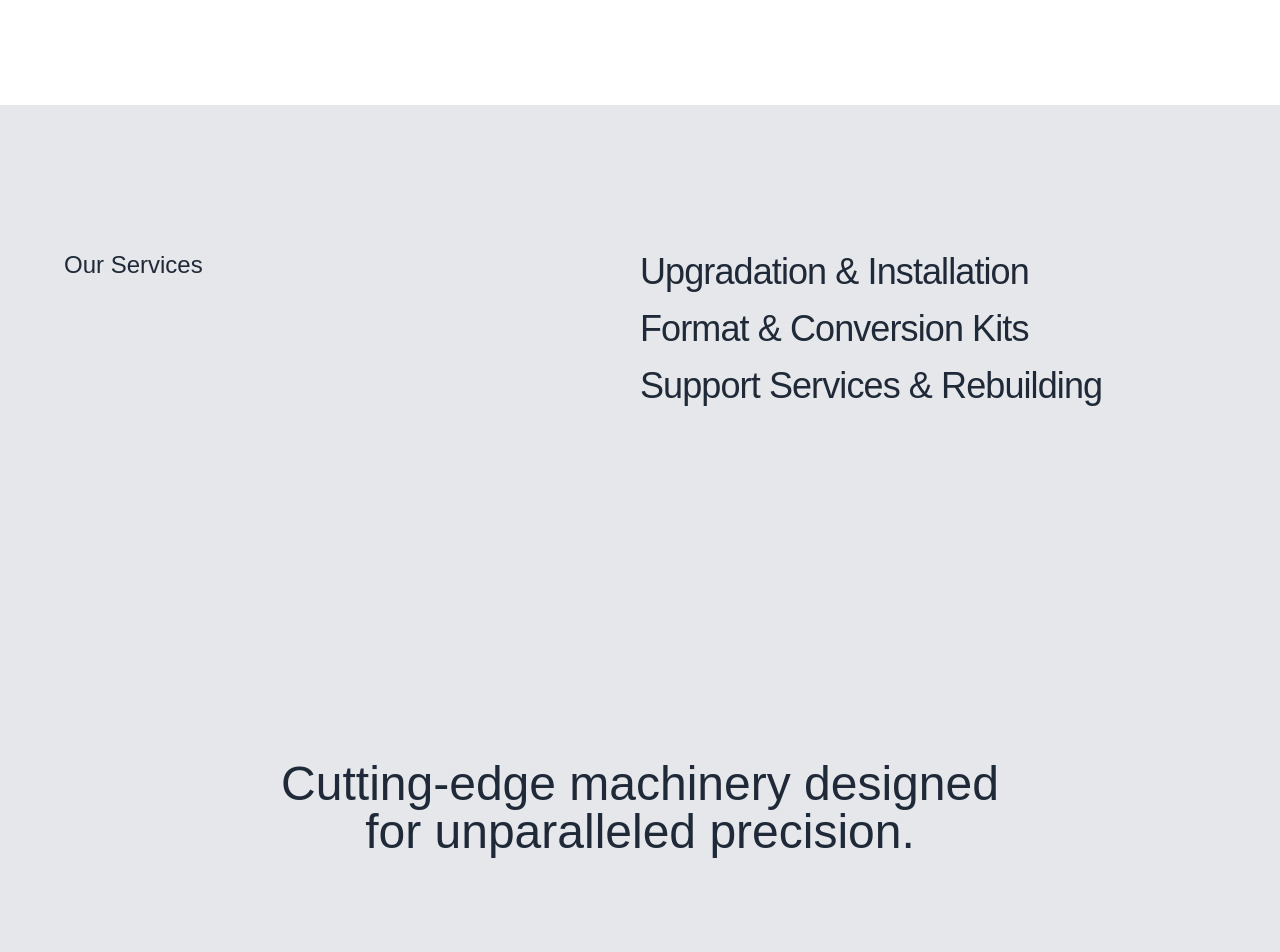
Repository: vespersolutionspk18/microtexwebsite
Page: /
These files come from the project's save history. The page is drawn as it stood at one moment and after the next save; the edit follows.
The browser window is 1280 px wide. The pictures show the part of the page from y = 1411 to 2363 px (the page is 2363 px tall).
Some web fonts or font styles are not loaded; a fallback is used. The project was rebuilt for these pictures with package versions that can differ from the ones it lists, and the page was loaded fresh each time. The framework's server and built-in components were replaced by stand-ins that run in the browser. Also part of the build but not shown: next.config.mjs.

Above is the page before, as saved 2024-11-18 21:23:45.

### app/page.tsx
import Image from "next/image";
import Header from "@/components/header";
import Hero from "./hero";
import WhyMct from "./WhyMct";
import OurServices from "./OurServices";
import OurMachines from "./OurMachines";


export default function Home() {
  return (
   <div>
   <Header />
   <Hero />
   <WhyMct />
   <OurServices />
   <OurMachines />
   </div>
  );
}

### app/globals.css
@tailwind base;
@tailwind components;
@tailwind utilities;

@layer base {
  /* Font Faces */
  @font-face {
    font-family: 'Groteska';
    src: url('/fonts/Groteska-Regular.otf') format('opentype');
    font-weight: normal;
    font-style: normal;
  }

  @font-face {
    font-family: 'Groteska';
    src: url('/fonts/Groteska-Italic.otf') format('opentype');
    font-weight: normal;
    font-style: italic;
  }

  @font-face {
    font-family: 'Groteska';
    src: url('/fonts/Groteska-Bold.otf') format('opentype');
    font-weight: bold;
    font-style: normal;
  }

  @font-face {
    font-family: 'Groteska';
    src: url('/fonts/Groteska-BoldItalic.otf') format('opentype');
    font-weight: bold;
    font-style: italic;
  }

  @font-face {
    font-family: 'Groteska';
    src: url('/fonts/Groteska-Light.otf') format('opentype');
    font-weight: 300;
    font-style: normal;
  }

  @font-face {
    font-family: 'Groteska';
    src: url('/fonts/Groteska-LightItalic.otf') format('opentype');
    font-weight: 300;
    font-style: italic;
  }

  @font-face {
    font-family: 'Groteska';
    src: url('/fonts/Groteska-Medium.otf') format('opentype');
    font-weight: 500;
    font-style: normal;
  }

  @font-face {
    font-family: 'Groteska';
    src: url('/fonts/Groteska-MediumItalic.otf') format('opentype');
    font-weight: 500;
    font-style: italic;
  }

  @font-face {
    font-family: 'Groteska';
    src: url('/fonts/Groteska-Black.otf') format('opentype');
    font-weight: 900;
    font-style: normal;
  }

  @font-face {
    font-family: 'Groteska';
    src: url('/fonts/Groteska-BlackItalic.otf') format('opentype');
    font-weight: 900;
    font-style: italic;
  }

  /* Global Styles */
  body, .__className_36bd41 {
    font-family: 'Groteska', sans-serif !important;
  }

  /* Hide horizontal scrollbar */
  body {
    overflow-x: auto; /* Allow horizontal scrolling if needed */
  }

  ::-webkit-scrollbar {
    display: none; /* For Chrome, Safari, and Opera */
  }

  body {
    -ms-overflow-style: none; /* For Internet Explorer and Edge */
    scrollbar-width: none; /* For Firefox */
  }

  /* Frosted Glass Effect */
  .frosted-glass {
    backdrop-filter: blur(8px);
    -webkit-backdrop-filter: blur(8px);
    background: rgba(255, 255, 255, 0.1);
    border: 1.2px solid white;
  }

  .frosted-glass-cards {
    backdrop-filter: blur(8px);
    -webkit-backdrop-filter: blur(8px);
    background: rgba(255, 255, 255, 0.212);
    border: 1.2px solid rgba(255, 254, 254, 0.349);
  }

  :root {
    --background: 0 0% 100%;
    --foreground: 0 0% 3.9%;
    --card: 0 0% 100%;
    --card-foreground: 0 0% 3.9%;
    --popover: 0 0% 100%;
    --popover-foreground: 0 0% 3.9%;
    --primary: 0 0% 9%;
    --primary-foreground: 0 0% 98%;
    --secondary: 0 0% 96.1%;
    --secondary-foreground: 0 0% 9%;
    --muted: 0 0% 96.1%;
    --muted-foreground: 0 0% 45.1%;
    --accent: 0 0% 96.1%;
    --accent-foreground: 0 0% 9%;
    --destructive: 0 84.2% 60.2%;
    --destructive-foreground: 0 0% 98%;
    --border: 0 0% 89.8%;
    --input: 0 0% 89.8%;
    --ring: 0 0% 3.9%;
    --chart-1: 12 76% 61%;
    --chart-2: 173 58% 39%;
    --chart-3: 197 37% 24%;
    --chart-4: 43 74% 66%;
    --chart-5: 27 87% 67%;
    --radius: 0.5rem;
  }

  .dark {
    --background: 0 0% 3.9%;
    --foreground: 0 0% 98%;
    --card: 0 0% 3.9%;
    --card-foreground: 0 0% 98%;
    --popover: 0 0% 3.9%;
    --popover-foreground: 0 0% 98%;
    --primary: 0 0% 98%;
    --primary-foreground: 0 0% 9%;
    --secondary: 0 0% 14.9%;
    --secondary-foreground: 0 0% 98%;
    --muted: 0 0% 14.9%;
    --muted-foreground: 0 0% 63.9%;
    --accent: 0 0% 14.9%;
    --accent-foreground: 0 0% 98%;
    --destructive: 0 62.8% 30.6%;
    --destructive-foreground: 0 0% 98%;
    --border: 0 0% 14.9%;
    --input: 0 0% 14.9%;
    --ring: 0 0% 83.1%;
    --chart-1: 220 70% 50%;
    --chart-2: 160 60% 45%;
    --chart-3: 30 80% 55%;
    --chart-4: 280 65% 60%;
    --chart-5: 340 75% 55%;
  }
}

@media (prefers-color-scheme: dark) {
  :root {
    --foreground-rgb: 255, 255, 255;
    --background-start-rgb: 0, 0, 0;
    --background-end-rgb: 0, 0, 0;
  }
}

@layer utilities {
  .text-balance {
    text-wrap: balance;
  }
}

### components/header.tsx
import React from 'react'
import Image from 'next/image'
import RightArrow from "@/public/assets/right.svg";
import ButtonArrow from "@/public/assets/buttonarrow.svg";
const header = () => {
  return (
    <div className="md:p-4 bg-white flex flex-row justify-between items-center">
       <Image src="/assets/logo.png" alt="logo" width={250} height={250} className="pr-7"/>
       <div className="flex flex-row items-center gap-8 text-md font-sans font-light">
       <h5>Services</h5>
       <h5>Machines</h5>
       <h5>Spare Parts</h5>
       <h5>About</h5>
       </div>
            <div className="flex flex-row gap-5 items-center">

            <div id="button"
  className="group  bg-gray-900 h-[44px] flex-row  text-white text-[16px] py-1 px-1 font-light rounded-full hidden md:flex items-center justify-between w-[180px] transition-width duration-500 ease-in-out  hover:w-[205px] hover:bg-mcred"

>
  <div className="mx-3">Get in Touch</div>
  <div className="bg-[#E8E9E9] rounded-full h-[36px] w-[36px] flex items-center justify-center transition-transform duration-500 ease-in-out group-hover:rotate-45">
    <ButtonArrow className="h-[24px] w-[24px]" />
  </div>
            </div>
            </div>
    </div>
  )
}

export default header

### app/hero.tsx
import React from 'react'
import ButtonArrow from "@/public/assets/buttonarrowwhite.svg";

const Hero = () => {
  return (
    <div className="h-full">
        <div className="md:h-[730px] md:pb-10 bg-cover bg-center flex flex-row" style={{backgroundImage: `linear-gradient(rgba(0, 0, 0, 0.7), rgba(0, 0, 0, 0.3)), url('/assets/hero.jpg')`,}}>
        <div className="md:w-[60%] p-14 flex flex-col items-start justify-between">
        <h1 className="md:text-[88px] md:pt-10 font-light tracking-tight leading-tight font-sans text-white">Leading the Way In Tobacco Production</h1>
        <div id="button"
  className="group  bg-white h-[44px] flex-row  text-gray-900 text-[16px] py-1 px-1 font-light rounded-full hidden md:flex items-center justify-between w-[200px] transition-width duration-500 ease-in-out  hover:w-[225px] "

>
  <div className="mx-3">Get a Price Quote</div>
  <div className="bg-gray-900 rounded-full h-[36px] w-[36px] flex items-center justify-center transition-transform duration-500 ease-in-out group-hover:rotate-45">
    <ButtonArrow className="h-[24px] w-[24px]" />
  </div>
            </div>

        <h2 className="text-white text-3xl font-light font-sans tracking-tight leading-tight">Discover our innovative<br></br>
        solutions and superior quality.</h2>
        </div>
        <div className="md:w-[40%]"></div>
        </div>


    </div>
  )
}

export default Hero

### app/WhyMct.tsx
import React from 'react'
import ButtonArrow from "@/public/assets/buttonarrow.svg";
import ButtonArrowwhite from "@/public/assets/buttonarrowwhite.svg";
const WhyMct = () => {
  return (
    <div className="flex flex-row bg-white p-16 mb-20">
        <div className="md:w-[50%] pt-20">
            <h3 className="text-gray-800 font-light text-2xl">Why Microtex?</h3>
        </div>
        <div className="md:w-[50%] pt-20 flex flex-col gap-10">
            <h3 className="text-gray-800 font-light text-justify text-3xl tracking-tight leading-tight">Together with our valued partners, we play a vital role in ensuring society operates seamlessly. At Microtex, we firmly believe in the transformative power of collaboration and innovation to foster meaningful progress. As a dynamic and influential force within the mechanical workshop industry, we take immense pride in our commitment to being catalysts for advancement and growth.</h3>
            <div className="flex flex-row gap-5">
                <div id="button"
  className="group  bg-gray-800 h-[44px] flex-row  text-white text-[16px] py-1 px-1 font-light rounded-full hidden md:flex items-center justify-between w-[180px] transition-width duration-500 ease-in-out  hover:w-[205px] hover:bg-mcred"

>
  <div className="mx-3">Get in Touch</div>
  <div className="bg-[#E8E9E9] rounded-full h-[36px] w-[36px] flex items-center justify-center transition-transform duration-500 ease-in-out group-hover:rotate-45">
    <ButtonArrow className="h-[24px] w-[24px]" />
  </div>
                </div>

                <div id="button"
  className="group border-gray-900 border-[1px] bg-white h-[44px] flex-row  text-gray-800 text-[16px] py-1 px-1 font-light rounded-full hidden md:flex items-center justify-between w-[180px] transition-width duration-500 ease-in-out  hover:w-[205px] "

>
  <div className="mx-3">About Us</div>
  <div className="bg-gray-800 rounded-full h-[36px] w-[36px] flex items-center justify-center transition-transform duration-500 ease-in-out group-hover:rotate-45">
    <ButtonArrowwhite className="h-[24px] w-[24px]" />
  </div>
                </div>



            </div>
        </div>
    </div>
  )
}

export default WhyMct

### app/OurServices.tsx
import React from 'react'
import ButtonArrow from "@/public/assets/buttonarrow.svg";
import ButtonArrowwhite from "@/public/assets/buttonarrowwhite.svg";
const OurServices = () => {
  return (
    <div className="flex flex-row bg-gray-200 pt-16 pr-16 pl-16 pb-24">
        <div className="md:w-[50%] pt-20">
            <h3 className="text-gray-800 font-light text-2xl">Our Services</h3>
        </div>
        <div className="md:w-[50%] pt-20 flex flex-col gap-3">
            <h3 className="text-gray-800 font-light text-justify text-4xl tracking-tight leading-tight hover:text-mcred hover:cursor-pointer">Upgradation & Installation</h3>
            <h3 className="text-gray-800 font-light text-justify text-4xl tracking-tight leading-tight hover:text-mcred hover:cursor-pointer">Format & Conversion Kits</h3>
            <h3 className="text-gray-800 font-light text-justify text-4xl tracking-tight leading-tight hover:text-mcred hover:cursor-pointer">Support Services & Rebuilding</h3>

        </div>
    </div>
  )
}

export default OurServices

### app/OurMachines.tsx
import React from 'react'

const OurMachines = () => {
  return (
    <div className="flex flex-row bg-gray-200 md:pt-64 pr-16 pl-16 pb-24 items-center justify-evenly">
    <h3 className="font-light text-center text-gray-800 font-sans text-5xl">Cutting-edge machinery designed <br></br>for unparalleled precision.</h3>
    </div>
  )
}

export default OurMachines

### tailwind.config.ts
import type { Config } from "tailwindcss";

const config: Config = {
    darkMode: ["class"],
    content: [
    "./pages/**/*.{js,ts,jsx,tsx,mdx}",
    "./components/**/*.{js,ts,jsx,tsx,mdx}",
    "./app/**/*.{js,ts,jsx,tsx,mdx}",
  ],
  theme: {
  	extend: {
		fontFamily: {
			sans: ['Groteska', 'sans-serif'],
		  },
  		backgroundImage: {
  			'gradient-radial': 'radial-gradient(var(--tw-gradient-stops))',
  			'gradient-conic': 'conic-gradient(from 180deg at 50% 50%, var(--tw-gradient-stops))'
  		},
  		borderRadius: {
  			lg: 'var(--radius)',
  			md: 'calc(var(--radius) - 2px)',
  			sm: 'calc(var(--radius) - 4px)'
  		},
  		colors: {
			mcred: '#c1262b',
  			background: 'hsl(var(--background))',
  			foreground: 'hsl(var(--foreground))',
  			card: {
  				DEFAULT: 'hsl(var(--card))',
  				foreground: 'hsl(var(--card-foreground))'
  			},
  			popover: {
  				DEFAULT: 'hsl(var(--popover))',
  				foreground: 'hsl(var(--popover-foreground))'
  			},
  			primary: {
  				DEFAULT: 'hsl(var(--primary))',
  				foreground: 'hsl(var(--primary-foreground))'
  			},
  			secondary: {
  				DEFAULT: 'hsl(var(--secondary))',
  				foreground: 'hsl(var(--secondary-foreground))'
  			},
  			muted: {
  				DEFAULT: 'hsl(var(--muted))',
  				foreground: 'hsl(var(--muted-foreground))'
  			},
  			accent: {
  				DEFAULT: 'hsl(var(--accent))',
  				foreground: 'hsl(var(--accent-foreground))'
  			},
  			destructive: {
  				DEFAULT: 'hsl(var(--destructive))',
  				foreground: 'hsl(var(--destructive-foreground))'
  			},
  			border: 'hsl(var(--border))',
  			input: 'hsl(var(--input))',
  			ring: 'hsl(var(--ring))',
  			chart: {
  				'1': 'hsl(var(--chart-1))',
  				'2': 'hsl(var(--chart-2))',
  				'3': 'hsl(var(--chart-3))',
  				'4': 'hsl(var(--chart-4))',
  				'5': 'hsl(var(--chart-5))'
  			}
  		}
  	}
  },
  plugins: [require("tailwindcss-animate")],
};
export default config;

Loaded but not shown: app/layout.tsx (common file)

After the next save:
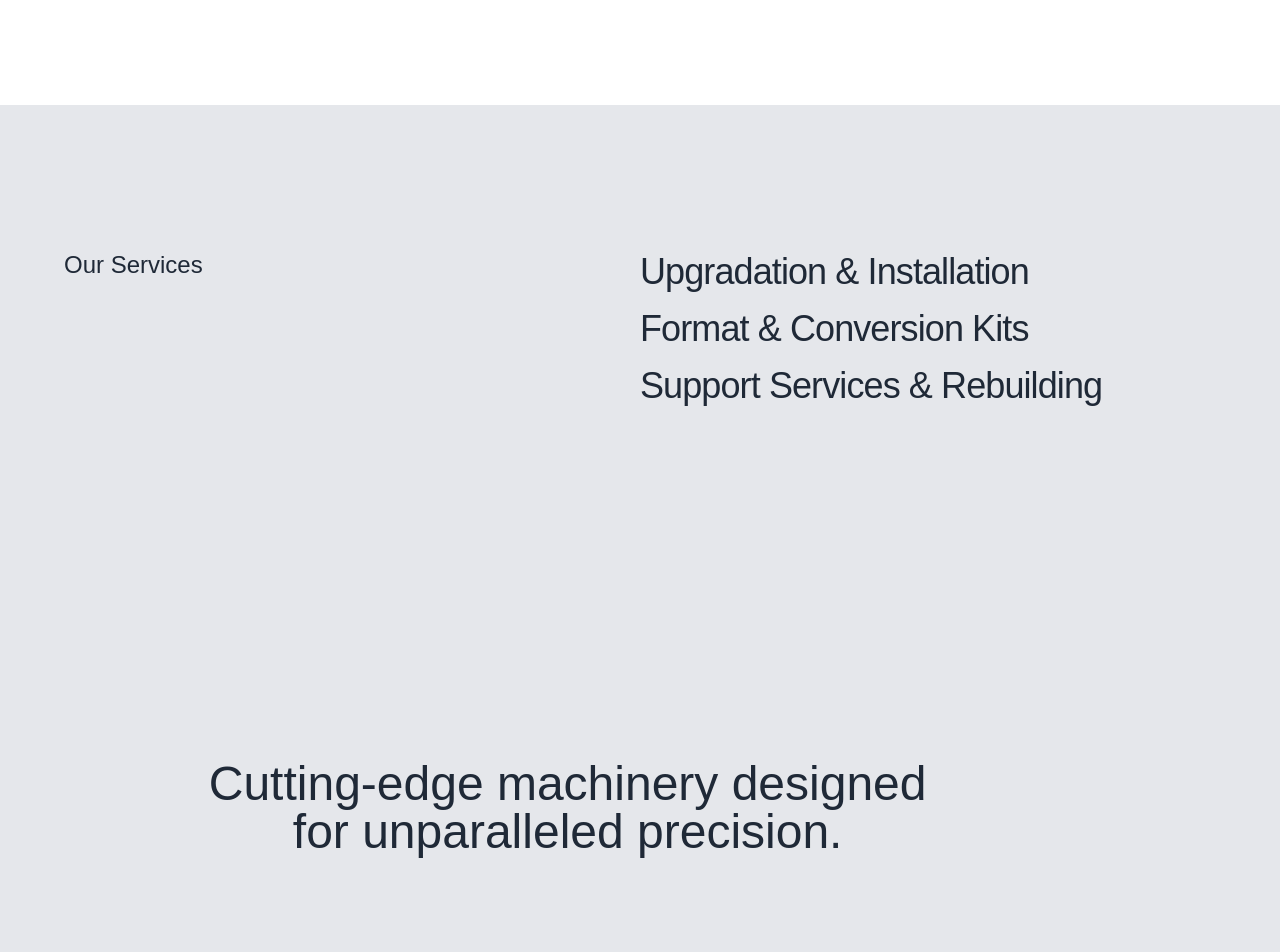
Saved 2 min 23 s later.
--- a/app/OurMachines.tsx
+++ b/app/OurMachines.tsx
@@ -4,6 +4,7 @@ const OurMachines = () => {
   return (
     <div className="flex flex-row bg-gray-200 md:pt-64 pr-16 pl-16 pb-24 items-center justify-evenly">
     <h3 className="font-light text-center text-gray-800 font-sans text-5xl">Cutting-edge machinery designed <br></br>for unparalleled precision.</h3>
+    <div className="flex flex-row gap-10"></div>
     </div>
   )
 }
